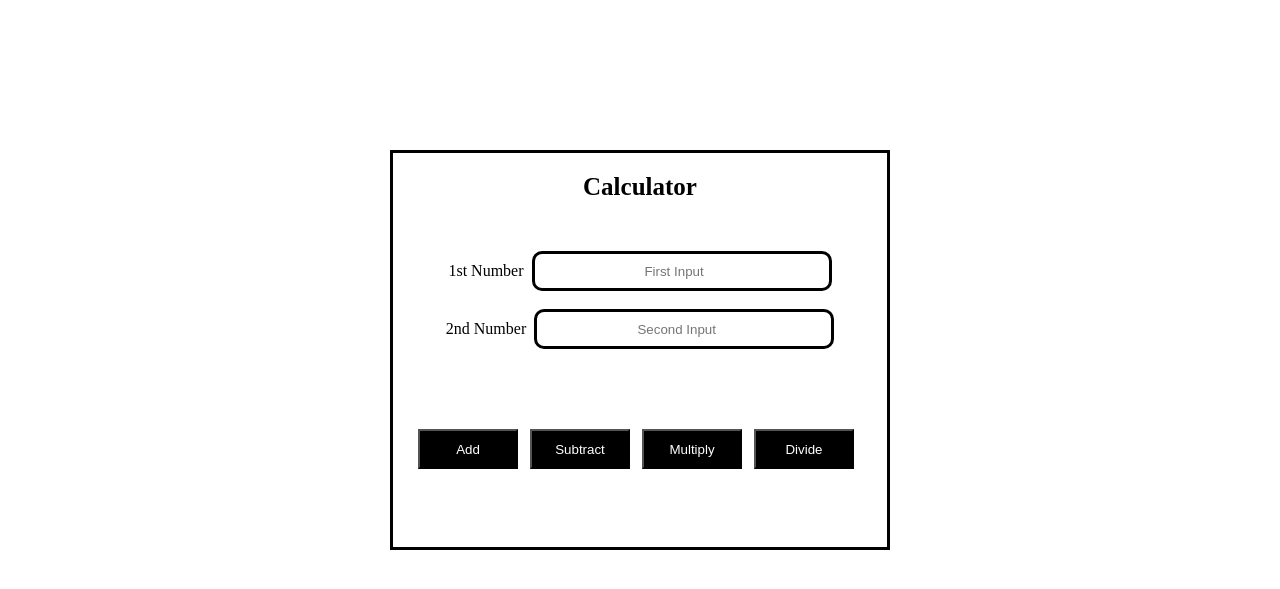
Repository: Shreyash1107/Intern_Projects
Page: Calculator/src/main/webapp/Calculator.html
An editor plug-in stored every save of this project. The page is shown before and after the next save, followed by the edit.
The browser window is 1280 px wide. The pictures show the whole page.

Above is the page before, as saved 2024-07-03 10:52:23.

After the next save:
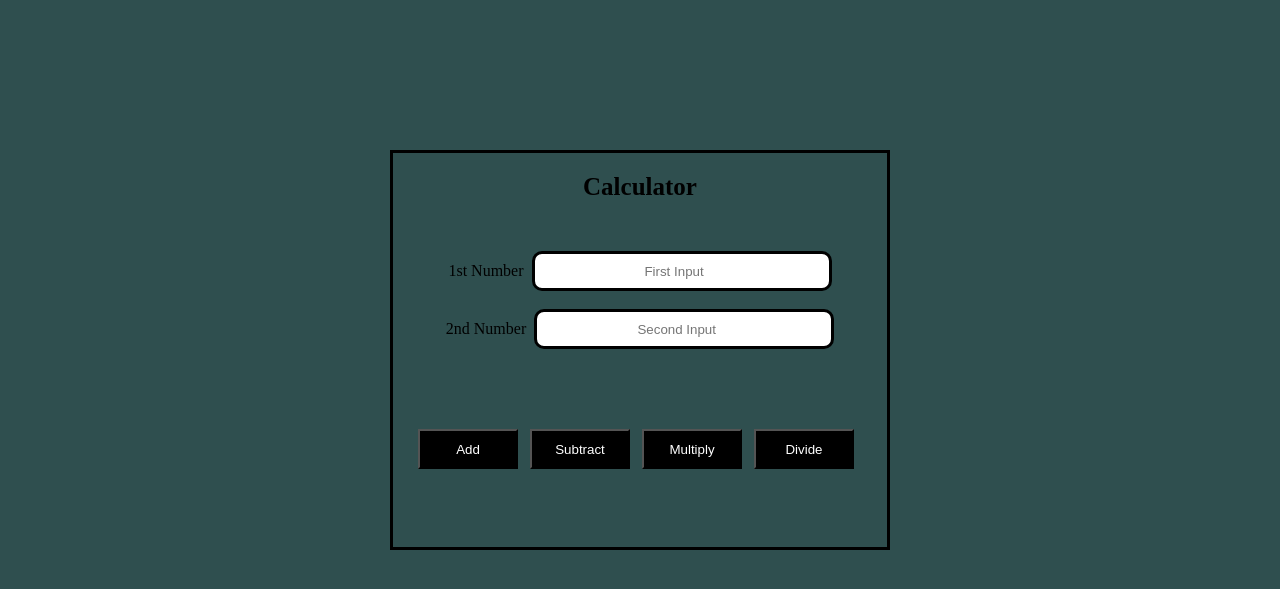
Saved 28 s later.
--- a/Calculator/src/main/webapp/style.css
+++ b/Calculator/src/main/webapp/style.css
@@ -7,7 +7,7 @@
 }
 body
 {
-
+	background-color:darkslategrey;
 }
 .wrapper
 {
